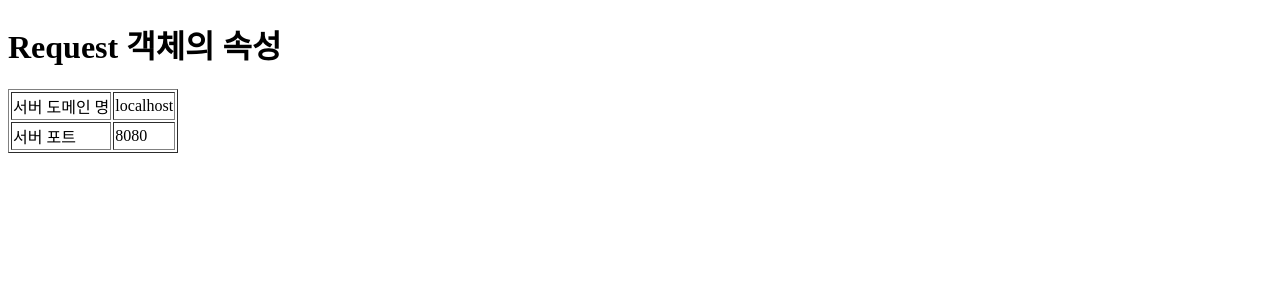
Repository: joeunpyeong/javaA
Page: http://localhost/04.Implicit/Ex01_Request/Ex00_IntoRequest.jsp
An editor plug-in stored every save of this project. The page is shown before and after the next save, followed by the edit.
The browser window is 1280 px wide. The pictures show the whole page.
The page is served by Tomcat 9. Other server files are loaded and not shown.

Above is the page before, as saved 2023-05-22 01:38:15.

### 04.Implicit/src/main/webapp/Ex01_Request/Ex00_IntoRequest.jsp
<%@ page language="java" contentType="text/html; charset=UTF-8"
    pageEncoding="UTF-8"%>
<!DOCTYPE html>
<html>
<head>
<meta charset="UTF-8">
<title>Insert title here</title>
</head>
<body>
	<h1>Request 객체의 속성</h1>
	<table border="1">
		<tr>
			<td>서버 도메인 명</td>
			<td><%=request.getServerName()%></td>
		</tr>
		<tr>
			<td>서버 포트</td>
			<td><%=request.getServerPort()%></td>
		</tr>
	</table>



</body>
</html>

After the next save:
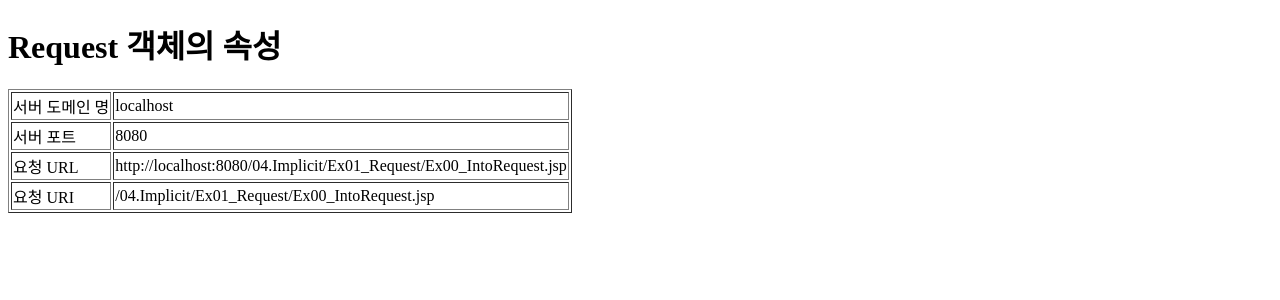
Saved 81 s later.
--- a/04.Implicit/src/main/webapp/Ex01_Request/Ex00_IntoRequest.jsp
+++ b/04.Implicit/src/main/webapp/Ex01_Request/Ex00_IntoRequest.jsp
@@ -17,6 +17,14 @@
 			<td>서버 포트</td>
 			<td><%=request.getServerPort()%></td>
 		</tr>
+		<tr>
+			<td>요청 URL</td>
+			<td><%=request.getRequestURL()%></td>
+		</tr>
+		<tr>
+			<td>요청 URI</td>
+			<td><%=request.getRequestURI()%></td>
+		</tr>
 	</table>
 
 
